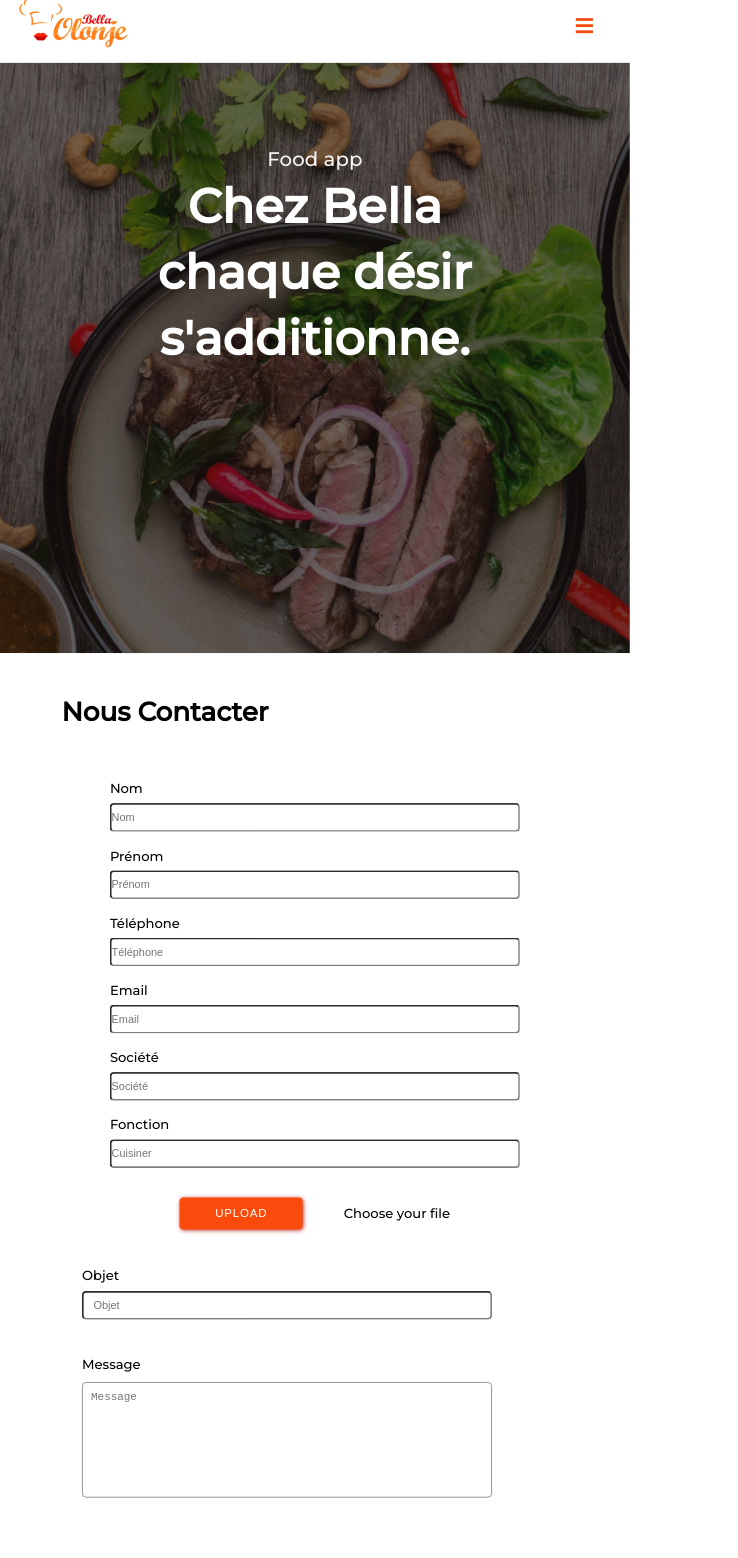
Repository: sisilass31/bella-olonje
Page: html/contact.html
The author's editor kept a copy of each file at every save. The page is drawn from the files as they stood at one save, then again after a run of saves.
The browser window is 768 px wide. The page is 900 px wide, so the pictures cover 900 px, including what lies to the right of the window. The pictures show the part of the page from y = 26 to 1926 px (the page is 2525 px tall), at 82% of full size.
Pictures or frames that could not be fetched are drawn as grey boxes. Some web libraries are served in a nearby version.

Above is the page before, as saved 2023-02-15 10:22:11.

### html/contact.html
<!DOCTYPE html>
<html lang="fr">

<head>
    <meta charset="UTF-8">
    <meta http-equiv="X-UA-Compatible" content="IE=edge">
    <meta name="viewport" content="width=device-width, initial-scale=1.0">
    <link rel="stylesheet" href="https://pro.fontawesome.com/releases/v5.10.0/css/all.css">
    <script src="https://www.google.com/recaptcha/api.js" async defer></script>
    <link rel="stylesheet" href="../css/contact.css">
    <title>Contact</title>
</head>

<body>
    <header>
        <nav>
            <ul class='nav-bar'>
                <li class='logo'><a href='#'><img src="../img/logo.png"alt="jsp"></a></li>
                <div><input type='checkbox' id="check"></div>
                <span class="menu">
                  <li><a href="acceuil.html" class="nav-link">Home</a></li>
                  <li><a href="#pizza" class="nav-link">Pizzas</a></li>
                  <li><a href="#burger" class="nav-link">Burgers</a></li>
                  <li><a href="#salades" class="nav-link">Salades</a></li>
                  <li><a href="index3.html" class="nav-link">Contact</a></li>
                  <label for="check" class="close-menu"><i class="fas fa-times"></i></label>
                </span>
                <label for="check" class="open-menu"><i class="fas fa-bars"></i></label>
            </ul>
        </nav>
        <div class="food_app">
            <div class="title_food_app">
                <h3>Food app</h3>
                <strong>Chez Bella <br>chaque désir s'additionne.</strong>
            </div>
        </div>
    </header>
    <main>
        <div class="infos" id="form-infos">
            <form>
              <h1>Nous Contacter</h1>

                <div class="grp_infos">
                    <div class="nom_prenom">
                        <div class="label1">
                            <label class="label_nom">Nom</label><br>
                            <input type="text" placeholder="Nom">
                        </div>
                        <div class="label1">
                            <label class="label_nom">Prénom</label><br>
                            <input type="text" placeholder="Prénom">
                        </div>
                    </div>
                </div>

                <div class="telephone_email">
                  <div class="label1">
                    <label class="label_nom">Téléphone</label><br>
                    <input type="text" placeholder="Téléphone">
                  </div>
                  <div class="label1">
                    <label class="label_nom">Email</label><br>
                    <input type="text" placeholder="Email">
                  </div>
                </div>

                <div class="société_fonction">
                    <div class="label1">
                      <label class="label_nom">Société</label><br>
                      <input type="text" placeholder="Société">
                    </div>
                    <div class="label1">
                      <label class="label_nom">Fonction</label><br>
                      <input type="text" placeholder="Cuisiner">
                    </div>
                </div>


                <div class="chose">
                    <div class="div_button">
                        <button class="button" type="button">UPLOAD</button>
                        <p>Choose your file</p>
                    </div>
                </div>

                <div>
                    <div class="g-recaptcha" data-sitekey="6Lc_nVgkAAAAANUqv4ltSxulUPFWVLdaBJeZfWuV"></div>
                </div>

                <div class="grp_choose">
                    <div class="choose_message">
                        <div class="label_choose">
                            <label>Objet</label><br>
                            <input type="text" placeholder="Objet">
                        </div>
                        <div class="label_message">
                            <label>Message</label><br>
                            <textarea placeholder="Message"></textarea>
                        </div>
                    </div>
                </div>
                <div class="map">
                    <iframe
                        src="https://www.google.com/maps/embed?pb=!1m14!1m8!1m3!1d6802.520331314847!2d2.4286389989125756!3d48.78576307783899!3m2!1i1024!2i768!4f13.1!3m3!1m2!1s0x47e67344bd2d57f1%3A0x2a84a845271b523a!2sAFPA!5e0!3m2!1sfr!2sfr!4v1674599977215!5m2!1sfr!2sfr"
                        width="800" height="400" style="border: 1px;;" allowfullscreen="" loading="lazy"
                        referrerpolicy="no-referrer-when-downgrade">
                    </iframe>
                </div>

                <div class="div_button2"><button class="button2" type="button">Envoyer</button></div>
            </form>
        </div>

    </main>
</body>

### css/contact.css
@import url('https://fonts.googleapis.com/css2?family=Montserrat:wght@100;200;500&display=swap');

* {
    margin: 0px;
    padding: 0px;
    scroll-behavior: smooth;
    box-sizing: border-box;
}

html,
body {
    font-family: Montserrat, sans-serif;
    background-size: cover;
    background-position: center;
    height: 100vh;
    background-repeat: no-repeat;
    scroll-behavior: smooth;
}

/*navbar*/
.nav-bar {
    width: 100%;
    display: flex;
    justify-content: space-between;
    align-items: center;
    list-style: none;
    position: relative;
    background-color: #FFF;
    padding: 12px 20px;
}

.logo img {
    width: 150px;
}

.menu {
    display: flex;
}

.menu li {
    padding-left: 30px;
    padding-right: 55px;
}

.menu li a {
    display: inline-block;
    text-decoration: none;
    color: #333;
    text-align: center;
    position: relative;
}

.menu li a:hover {
    color: #FA4A0C;
}

.open-menu {
    position: absolute;
    color: #FA4A0C;
    cursor: pointer;
    font-size: 1.5rem;
    display: none;
}

.close-menu {
    position: absolute;
    color: #333;
    cursor: pointer;
    font-size: 1.5rem;
    display: none;
    padding: 10px;
}

.open-menu {
    top: 50%;
    right: 20px;
    transform: translateY(-50%);
}

.close-menu {
    top: 20px;
    right: 20px;
}

#check {
    display: none;
}

@media(max-width: 920px) {
    .menu {
        flex-direction: column;
        align-items: center;
        width: 60%;
        height: 100vh;
        position: fixed;
        top: 0;
        right: -100%;
        z-index: 100;
        background-color: rgb(152, 152, 152);
        ;
        transition: all 0.2s ease-in-out;
        padding-top: 100px;
    }

    .menu li {
        margin-top: 40px;
    }

    .menu li a {
        padding: 10px;
        color: #FFF;
    }

    .open-menu {
        display: block;
        padding-right: 25px;
        padding-top: 13px;
    }

    .close-menu {
        display: block;
        color: #FFF;
        padding-right: 25px;
        padding-top: 22px;
    }

    #check:checked~.menu {
        right: 0;
    }

    .menu li a:hover {
        color: #333;
    }

    .nav-link {
        font-family: Montserrat;
        letter-spacing: .8px;
    }
}

/*navbar*/
/*food_app*/
.title_food_app {
    padding-top: 50px;
}

.food_app {
    background-image: url(../img/food_app.png);
    min-height: 90vh;
    background-repeat: no-repeat;
    background-position: center;
    background-size: cover;
}

.title_food_app h3 {
    font-family: 'Montserrat';
    font-style: normal;
    font-weight: 550;
    font-size: 24px;
    line-height: 36px;
    text-align: center;
    letter-spacing: 0.1px;
    color: #F7F7F7;
    padding-top: 50px;
}

.title_food_app {

    font-family: Montserrat;
    font-style: normal;
    font-weight: 600;
    font-size: 58px;
    line-height: 80px;
    text-align: center;
    letter-spacing: 0.2px;
    color: #FFFFFF;
}

.title_pizza {
    display: flex;
    justify-content: center;
    color: #000000;
}

/*food_app*/

/*contact*/

.label1 {
    padding-right: 200px;
    padding-left: 100px;
}

.label1 input {
    width: 280px;
    height: 35px;
    margin-bottom: 20px;
    margin-top: 8px;
    padding: 5px 12px;
    color: grey;
    border-radius: 5px;
    border-color: gray;
}

/*upload*/
.chose {
    display: flex;
}

.grp_choose {
    padding-left: 100px;
}

.label_choose input {
    width: 938px;
    height: 35px;
    margin-bottom: 20px;
    margin-top: 10px;
    padding: 5px 12px;
    color: grey;
    border-radius: 5px;
    border-color: gray;
}

.label_message {
    padding-top: 25px;
}

textarea {
    width: 938px;
    height: 141px;
    margin-bottom: 20px;
    color: grey;
    border-color: gray;
    margin-top: 12px;
    padding: 10px 10px 80px;
    outline: none;
    border-radius: 5px;
    resize: none;
}

/*upload*/

.infos h1 {
    padding: 52px 0px 65px 75px;
}

/*contact*/
.nom_prenom {
    display: flex;
    justify-content: space-around;
    padding-right: 200px;
    padding-bottom: 28px;
}

.telephone_email {
    display: flex;
    justify-content: space-around;
    padding-right: 200px;
    padding-bottom: 28px;
}

.société_fonction {
    display: flex;
    justify-content: space-around;
    padding-right: 200px;
    padding-bottom: 28px;
}

.div_button {
    padding: 50px 0px 35px 100px;
    display: flex;
}

.div_button2 {
    padding: 50px 490px 50px 0px;
    display: flex;
    justify-content: flex-end;
}

.button {
    letter-spacing: 1px;
    font-size: 14px;
}

.button2 {
    letter-spacing: 1px;
    font-size: 16px;
}

.g-recaptcha {
    padding: 0px 0px 55px 100px;
}

.div_button p {
    padding-left: 50px;
    padding-top: 10px;
}

.div_button button {
    border: 0;
    line-height: 2.8;
    width: 150px;
    padding: 0 18px;
    font-size: 14px;
    text-align: center;
    color: #fff;
    border-radius: 5px;
    background-color: #FA4A0C;
    box-shadow: 1px 1px 5px #B73227;
}

.div_button2 button {
    border: 0;
    line-height: 2.5;
    width: 150px;
    padding: 0 18px;
    font-size: 18px;
    text-align: center;
    color: #fff;
    border-radius: 20px;
    background-color: #FA4A0C;
    box-shadow: 1px 1px 5px #B73227;
}


/*contact*/

.choose {
    padding-left: 50px;
    padding-bottom: 38px;
    display: flex;
}

.message {
    padding-left: 50px;
    padding-bottom: 55px;
    display: flex;
}

/*map*/
.map {
    padding: 50px 0px 50px 100px;
}

/*map*/

/*responsive*/
/* Mobile */
@media (max-width:767px) {}

/* Ipad Mini to ipad */
@media screen and (min-width:768px) and (max-width:991px) {
    .infos h1 {
        padding: 52px 0px 65px 75px;
    }

    .nom_prenom {
        padding: 0;
        flex-direction: column;
    }

    .label1 {
        padding: 0;
    }

    .label1 input {
        padding: 0;
        width: 500px;
    }

    .telephone_email {
        padding: 0;
        flex-direction: column;
        justify-content: center;
        align-items: center;
    }

    .société_fonction {
        padding: 0;
        flex-direction: column;
        justify-content: center;
        align-items: center;
    }

    .grp_infos {
        display: flex;
        justify-content: center;

    }

    .chose {
        justify-content: center;
        padding: 2%;
    }

    .div_button {
        padding: 0;
    }

    .g-recaptcha {
        display: flex;
        justify-content: center;
        padding: 2%;
    }

    .label_choose input {
        width: 500px;
    }

    textarea {
        width: 500px;
    }
}

After the next 3 saves:
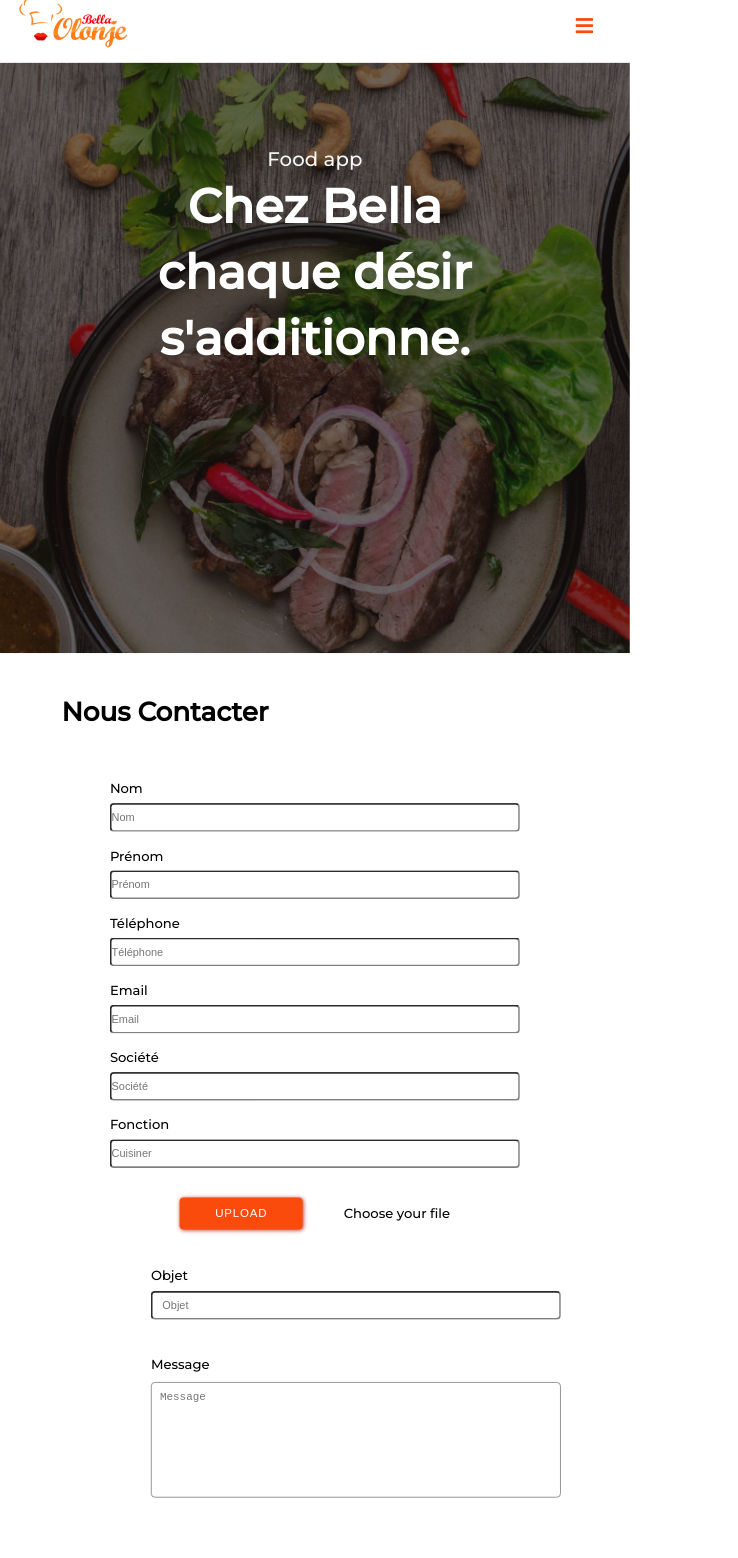
The 3 saves are shown as one change because they came seconds apart.
The last was saved 30 s later.
--- a/css/contact.css
+++ b/css/contact.css
@@ -411,4 +411,10 @@ textarea {
     textarea {
         width: 500px;
     }
-}
+
+    .grp_choose {
+
+        display: flex;
+        justify-content: center;
+    }
+}
